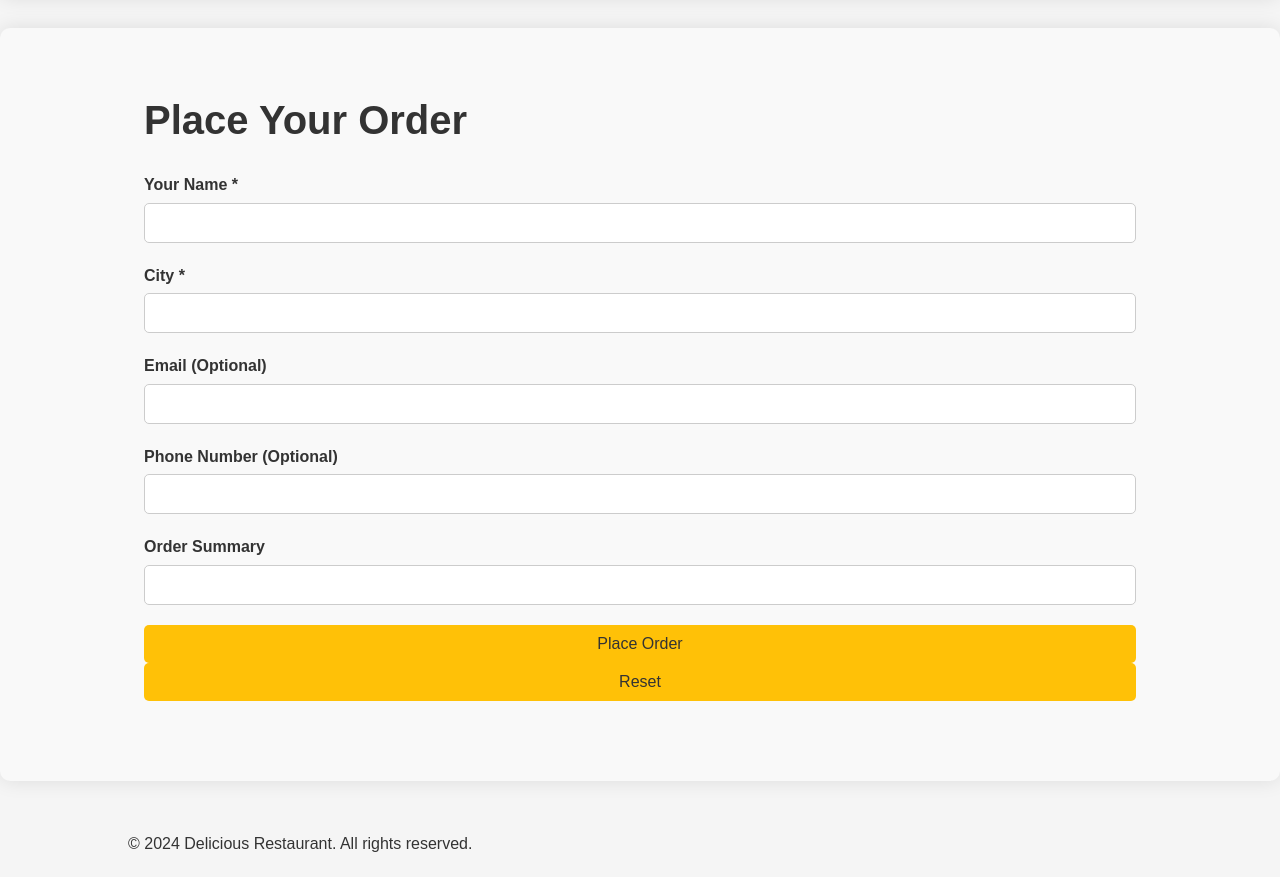
Repository: Mayanksaini1224/eclipse-workspace
Page: Restaurant/src/main/webapp/Menu.html
These files come from the project's save history. The page is drawn as it stood at one moment and after the next save; the edit follows.
The browser window is 1280 px wide. The pictures show the part of the page from y = 2925 to 3877 px (the page is 3802 px tall before and 3877 px after).
A picture or video elsewhere on the page could not be fetched, so the positions and the page height are approximate.

Above is the page before, as saved 2024-06-29 05:16:55.
Console error: TypeError: Cannot read properties of null (reading 'addEventListener')

### Restaurant/src/main/webapp/Menu.html
<!DOCTYPE html>
<html lang="en">
<head>
    <meta charset="UTF-8">
    <meta name="viewport" content="width=device-width, initial-scale=1.0">
    <title>Menu - Delicious Restaurant</title>
    <style>
        /* Reset and base styles */
        * {
            margin: 0;
            padding: 0;
            box-sizing: border-box;
        }

        body {
            font-family: Arial, sans-serif;
            line-height: 1.6;
            background-color: #f5f5f5;
            margin: 0;
            padding: 0;
            color: #333; /* Default text color */
        }

        .container {
            width: 80%;
            margin: 0 auto;
            padding: 20px 0;
        }

        header {
            background-color: #333;
            color: #fff;
            padding: 10px 0;
        }

        header .logo img {
            width: 150px;
            height: auto;
            display: block;
            margin: 0 auto;
        }

        header nav ul {
            list-style-type: none;
            text-align: center;
            margin-top: 10px;
        }

        header nav ul li {
            display: inline-block;
            margin: 0 10px;
        }

        header nav ul li a {
            text-decoration: none;
            color: #fff;
            font-size: 18px;
            transition: color 0.3s ease;
        }

        header nav ul li a:hover {
            color: #ffc107;
        }

        .menu-section {
            background-color: #fff;
            padding: 50px 0;
            text-align: center;
            margin-bottom: 30px;
            box-shadow: 0 0 20px rgba(0, 0, 0, 0.1);
            border-radius: 10px;
        }

        .menu-section h2 {
            font-size: 2.5em;
            margin-bottom: 30px;
            text-transform: uppercase;
            letter-spacing: 1px;
            color: #333;
        }

        .menu-items {
            display: flex;
            justify-content: space-around;
            flex-wrap: wrap;
        }

        .menu-item {
            text-align: center;
            width: 30%;
            margin-bottom: 30px;
            padding: 0 10px;
            border: 1px solid #ddd;
            border-radius: 10px;
            box-shadow: 0 2px 4px rgba(0,0,0,0.1);
            transition: transform 0.3s ease, box-shadow 0.3s ease;
        }

        .menu-item img {
            width: 100%;
            border-top-left-radius: 10px;
            border-top-right-radius: 10px;
        }

        .menu-item-content {
            padding: 15px;
        }

        .menu-item h3 {
            font-size: 1.8em;
            margin-bottom: 10px;
            color: #333;
        }

        .menu-item p {
            font-size: 1.1em;
            color: #666;
        }

        .menu-item:hover {
            transform: translateY(-5px);
            box-shadow: 0 4px 8px rgba(0,0,0,0.2);
        }

        .order-form {
            background-color: #f9f9f9;
            padding: 40px 20px;
            border-radius: 10px;
            box-shadow: 0 0 20px rgba(0, 0, 0, 0.1);
            margin-bottom: 30px;
        }

        .order-form h2 {
            font-size: 2.5em;
            margin-bottom: 20px;
            color: #333;
        }

        .form-group {
            margin-bottom: 20px;
        }

        .form-group label {
            display: block;
            font-weight: bold;
            margin-bottom: 5px;
        }

        .form-group input,
        .form-group select {
            width: 100%;
            padding: 10px;
            font-size: 1em;
            border: 1px solid #ccc;
            border-radius: 5px;
            transition: border-color 0.3s ease;
        }

        .form-group input[type="number"] {
            appearance: none;
            -moz-appearance: textfield;
            text-align: center;
            padding: 8px;
            border: 1px solid #ccc;
            border-radius: 5px;
            width: 60px;
            font-size: 1em;
            transition: border-color 0.3s ease;
        }

        .form-group input[type="number"]::-webkit-outer-spin-button,
        .form-group input[type="number"]::-webkit-inner-spin-button {
            -webkit-appearance: none;
            margin: 0;
        }

        .form-group input:focus,
        .form-group select:focus {
            outline: none;
            border-color: #ffc107;
        }

        .form-group input[type="submit"],
        .form-group input[type="reset"] {
            background-color: #ffc107;
            color: #333;
            border: none;
            cursor: pointer;
            transition: background-color 0.3s ease;
            padding: 10px 20px;
            border-radius: 5px;
            margin-right: 10px;
        }

        .form-group input[type="submit"]:hover,
        .form-group input[type="reset"]:hover {
            background-color: #ffdb70;
        }

        .order-summary {
            margin-top: 30px;
            text-align: left;
        }

        .order-summary h3 {
            font-size: 1.5em;
            margin-bottom: 10px;
            color: #333;
        }

        .order-summary ul {
            list-style-type: none;
            padding: 0;
        }

        .order-summary li {
            font-size: 1.1em;
            margin-bottom: 5px;
        }

        @media (max-width: 768px) {
            .container {
                width: 90%;
            }

            .menu-item {
                width: 100%;
            }
        }
    </style>
    <link rel="stylesheet" href="https://cdnjs.cloudflare.com/ajax/libs/font-awesome/5.15.4/css/all.min.css"> <!-- Font Awesome for icons -->
</head>
<body>
    <header>
        <div class="container">
            <div class="logo">
                <img src="logo.png" alt="Delicious Restaurant">
            </div>
            <nav>
                <ul>
                    <li><a href="index.html">Home</a></li>
                    <li><a href="menu.html">Menu</a></li>
                    <li><a href="about.html">About Us</a></li>
                    <li><a href="contact.html">Contact</a></li>
                </ul>
            </nav>
        </div>
    </header>

    <section class="menu-section" id="chinese">
        <div class="container">
            <h2>Chinese Cuisine</h2>
            <div class="menu-items">
                <div class="menu-item" data-dish="Chinese Dish 1">
                    <img src="chinese-dish1.jpg" alt="Chinese Dish 1">
                    <div class="menu-item-content">
                        <h3>Chinese Dish 1</h3>
                        <p>Description of the Chinese dish. Lorem ipsum dolor sit amet.</p>
                        <div class="quantity">
                            <button class="quantity-btn minus" onclick="decrementQuantity('quantity_chinese1')">-</button>
                            <input type="number" id="quantity_chinese1" name="quantity_chinese1" min="0" value="0">
                            <button class="quantity-btn plus" onclick="incrementQuantity('quantity_chinese1')">+</button>
                        </div>
                    </div>
                </div>
                <div class="menu-item" data-dish="Chinese Dish 2">
                    <img src="chinese-dish2.jpg" alt="Chinese Dish 2">
                    <div class="menu-item-content">
                        <h3>Chinese Dish 2</h3>
                        <p>Description of the Chinese dish. Lorem ipsum dolor sit amet.</p>
                        <div class="quantity">
                            <button class="quantity-btn minus" onclick="decrementQuantity('quantity_chinese2')">-</button>
                            <input type="number" id="quantity_chinese2" name="quantity_chinese2" min="0" value="0">
                            <button class="quantity-btn plus" onclick="incrementQuantity('quantity_chinese2')">+</button>
                        </div>
                    </div>
                </div>
                <!-- Add more Chinese dishes as needed -->
            </div>
        </div>
    </section>

    <section class="menu-section" id="italian">
        <div class="container">
            <h2>Italian Cuisine</h2>
            <div class="menu-items">
                <div class="menu-item" data-dish="Italian Dish 1">
                    <img src="italian-dish1.jpg" alt="Italian Dish 1">
                    <div class="menu-item-content">
                        <h3>Italian Dish 1</h3>
                        <p>Description of the Italian dish. Lorem ipsum dolor sit amet.</p>
                        <div class="quantity">
                            <button class="quantity-btn minus" onclick="decrementQuantity('quantity_italian1')">-</button>
                            <input type="number" id="quantity_italian1" name="quantity_italian1" min="0" value="0">
                            <button class="quantity-btn plus" onclick="incrementQuantity('quantity_italian1')">+</button>
                        </div>
                    </div>
                </div>
                <div class="menu-item" data-dish="Italian Dish 2">
                    <img src="italian-dish2.jpg" alt="Italian Dish 2">
                    <div class="menu-item-content">
                        <h3>Italian Dish 2</h3>
                        <p>Description of the Italian dish. Lorem ipsum dolor sit amet.</p>
                        <div class="quantity">
                            <button class="quantity-btn minus" onclick="decrementQuantity('quantity_italian2')">-</button>
                            <input type="number" id="quantity_italian2" name="quantity_italian2" min="0" value="0">
                            <button class="quantity-btn plus" onclick="incrementQuantity('quantity_italian2')">+</button>
                        </div>
                    </div>
                </div>
                <!-- Add more Italian dishes as needed -->
            </div>
        </div>
    </section>

    <section class="menu-section" id="beverages">
        <div class="container">
            <h2>Beverages</h2>
            <div class="menu-items">
                <div class="menu-item" data-dish="Beverage 1">
                    <img src="beverage1.jpg" alt="Beverage 1">
                    <div class="menu-item-content">
                        <h3>Beverage 1</h3>
                        <p>Description of the beverage. Lorem ipsum dolor sit amet.</p>
                        <div class="quantity">
                            <button class="quantity-btn minus" onclick="decrementQuantity('quantity_beverage1')">-</button>
                            <input type="number" id="quantity_beverage1" name="quantity_beverage1" min="0" value="0">
                            <button class="quantity-btn plus" onclick="incrementQuantity('quantity_beverage1')">+</button>
                        </div>
                    </div>
                </div>
                <div class="menu-item" data-dish="Beverage 2">
                    <img src="beverage2.jpg" alt="Beverage 2">
                    <div class="menu-item-content">
                        <h3>Beverage 2</h3>
                        <p>Description of the beverage. Lorem ipsum dolor sit amet.</p>
                        <div class="quantity">
                            <button class="quantity-btn minus" onclick="decrementQuantity('quantity_beverage2')">-</button>
                            <input type="number" id="quantity_beverage2" name="quantity_beverage2" min="0" value="0">
                            <button class="quantity-btn plus" onclick="incrementQuantity('quantity_beverage2')">+</button>
                        </div>
                    </div>
                </div>
                <!-- Add more beverages as needed -->
            </div>
        </div>
    </section>

    <section class="menu-section" id="bakery">
        <div class="container">
            <h2>Bakery</h2>
            <div class="menu-items">
                <div class="menu-item" data-dish="Bakery Item 1">
                    <img src="bakery-item1.jpg" alt="Bakery Item 1">
                    <div class="menu-item-content">
                        <h3>Bakery Item 1</h3>
                        <p>Description of the bakery item. Lorem ipsum dolor sit amet.</p>
                        <div class="quantity">
                            <button class="quantity-btn minus" onclick="decrementQuantity('quantity_bakery1')">-</button>
                            <input type="number" id="quantity_bakery1" name="quantity_bakery1" min="0" value="0">
                            <button class="quantity-btn plus" onclick="incrementQuantity('quantity_bakery1')">+</button>
                        </div>
                    </div>
                </div>
                <div class="menu-item" data-dish="Bakery Item 2">
                    <img src="bakery-item2.jpg" alt="Bakery Item 2">
                    <div class="menu-item-content">
                        <h3>Bakery Item 2</h3>
                        <p>Description of the bakery item. Lorem ipsum dolor sit amet.</p>
                        <div class="quantity">
                            <button class="quantity-btn minus" onclick="decrementQuantity('quantity_bakery2')">-</button>
                            <input type="number" id="quantity_bakery2" name="quantity_bakery2" min="0" value="0">
                            <button class="quantity-btn plus" onclick="incrementQuantity('quantity_bakery2')">+</button>
                        </div>
                    </div>
                </div>
                <!-- Add more bakery items as needed -->
            </div>
        </div>
    </section>

    <section class="order-form">
        <div class="container">
            <h2>Place Your Order</h2>
            <form id="orderForm" action="submitform" method="POST">
                <div class="form-group">
                    <label for="name">Your Name *</label>
                    <input type="text" id="name" name="name" required>
                </div>
                <div class="form-group">
                    <label for="city">City *</label>
                    <input type="text" id="city" name="city" required>
                </div>
                <div class="form-group">
                    <label for="email">Email (Optional)</label>
                    <input type="email" id="email" name="email">
                </div>
                <div class="form-group">
                    <label for="phone">Phone Number (Optional)</label>
                    <input type="tel" id="phone" name="phone">
                </div>
                <div class="form-group">
                    <label for="orderSummary">Order Summary</label>
                    <input type="text" id="orderSummary" name="orderSummary" readonly>
                    <ul id="orderSummary"></ul>
                </div>
                <div class="form-group">
                    <input type="submit" value="Place Order">
                    <input type="reset" value="Reset">
                </div>
            </form>
        </div>
    </section>

    <footer>
        <div class="container">
            <p>&copy; 2024 Delicious Restaurant. All rights reserved.</p>
        </div>
    </footer>

    <script>
        document.getElementById('ordersummary').addEventListener('DOMContentLoaded', function() {
            const form = document.getElementById('orderForm');
            const orderSummary = document.getElementById('orderSummary');

            form.addEventListener('submit', function(event) {
                event.preventDefault(); // Prevent form submission for demo purposes

                // Clear previous order summary
                orderSummary.innerHTML = '';

                // Get customer details
                const name = document.getElementById('name').value;
                const city = document.getElementById('city').value;
                const email = document.getElementById('email').value;
                const phone = document.getElementById('phone').value;

                // Display customer details
                orderSummary.innerHTML += `<li><strong>Name:</strong> ${name}</li>`;
                orderSummary.innerHTML += `<li><strong>City:</strong> ${city}</li>`;
                if (email) {
                    orderSummary.innerHTML += `<li><strong>Email:</strong> ${email}</li>`;
                }
                if (phone) {
                    orderSummary.innerHTML += `<li><strong>Phone:</strong> ${phone}</li>`;
                }

                // Get selected dishes and quantities
                const dishes = document.querySelectorAll('.menu-item');
                dishes.forEach(dish => {
                    const dishName = dish.getAttribute('data-dish');
                    const quantityInput = dish.querySelector('input[type="number"]');
                    const quantity = parseInt(quantityInput.value);

                    if (quantity > 0) {
                        orderSummary.innerHTML += `<li><strong>${dishName}:</strong> ${quantity}</li>`;
                    }
                });

                // Optionally, submit the form to a server
                document.getElementById('ordersummary').value=ordersummary;
                form.submit();
            });

        });

        function incrementQuantity(inputId) {
            const input = document.getElementById(inputId);
            input.value = parseInt(input.value) + 1;
        }

        function decrementQuantity(inputId) {
            const input = document.getElementById(inputId);
            const value = parseInt(input.value) - 1;
            input.value = Math.max(0, value); // Ensure quantity doesn't go below zero
        }
    </script>
</body>
</html>

After the next save:
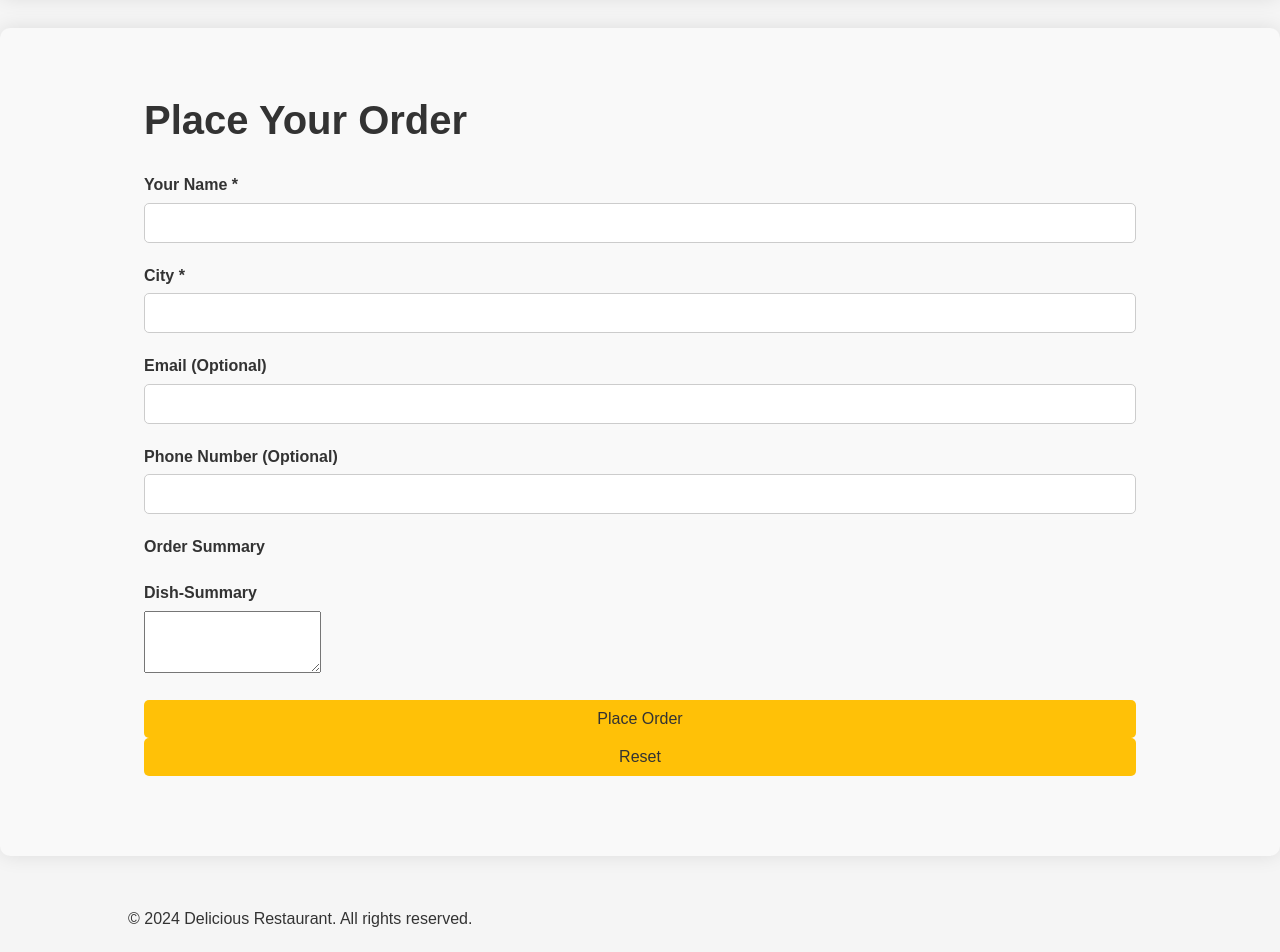
The error is gone.
Saved 36 min 2 s later.
--- a/Restaurant/src/main/webapp/Menu.html
+++ b/Restaurant/src/main/webapp/Menu.html
@@ -382,7 +382,7 @@
     <section class="order-form">
         <div class="container">
             <h2>Place Your Order</h2>
-            <form id="orderForm" action="submitform" method="POST">
+            <form id="orderForm" action="submit_order.php" method="POST">
                 <div class="form-group">
                     <label for="name">Your Name *</label>
                     <input type="text" id="name" name="name" required>
@@ -401,9 +401,15 @@
                 </div>
                 <div class="form-group">
                     <label for="orderSummary">Order Summary</label>
-                    <input type="text" id="orderSummary" name="orderSummary" readonly>
                     <ul id="orderSummary"></ul>
                 </div>
+
+		<div class="form-group">
+    <label for="orderSummary">Dish-Summary</label>
+    <ul id="orderSummary"></ul>
+    <textarea id="orderSummaryText" name="orderSummaryText" rows="4" readonly></textarea>
+</div>
+
                 <div class="form-group">
                     <input type="submit" value="Place Order">
                     <input type="reset" value="Reset">
@@ -419,52 +425,66 @@
     </footer>
 
     <script>
-        document.getElementById('ordersummary').addEventListener('DOMContentLoaded', function() {
-            const form = document.getElementById('orderForm');
-            const orderSummary = document.getElementById('orderSummary');
-
-            form.addEventListener('submit', function(event) {
-                event.preventDefault(); // Prevent form submission for demo purposes
-
-                // Clear previous order summary
-                orderSummary.innerHTML = '';
-
-                // Get customer details
-                const name = document.getElementById('name').value;
-                const city = document.getElementById('city').value;
-                const email = document.getElementById('email').value;
-                const phone = document.getElementById('phone').value;
-
-                // Display customer details
-                orderSummary.innerHTML += `<li><strong>Name:</strong> ${name}</li>`;
-                orderSummary.innerHTML += `<li><strong>City:</strong> ${city}</li>`;
-                if (email) {
-                    orderSummary.innerHTML += `<li><strong>Email:</strong> ${email}</li>`;
-                }
-                if (phone) {
-                    orderSummary.innerHTML += `<li><strong>Phone:</strong> ${phone}</li>`;
-                }
-
-                // Get selected dishes and quantities
-                const dishes = document.querySelectorAll('.menu-item');
-                dishes.forEach(dish => {
-                    const dishName = dish.getAttribute('data-dish');
-                    const quantityInput = dish.querySelector('input[type="number"]');
-                    const quantity = parseInt(quantityInput.value);
-
-                    if (quantity > 0) {
-                        orderSummary.innerHTML += `<li><strong>${dishName}:</strong> ${quantity}</li>`;
-                    }
-                });
-
-                // Optionally, submit the form to a server
-                document.getElementById('ordersummary').value=ordersummary;
-                form.submit();
-            });
-
+        document.addEventListener('DOMContentLoaded', function() {
+    const form = document.getElementById('orderForm');
+    const orderSummary = document.getElementById('orderSummary');
+    const orderSummaryText = document.getElementById('orderSummaryText'); // Added
+
+    form.addEventListener('submit', function(event) {
+        event.preventDefault(); // Prevent form submission for demo purposes
+
+        // Clear previous order summary
+        orderSummary.innerHTML = '';
+
+        // Get customer details
+        const name = document.getElementById('name').value;
+        const city = document.getElementById('city').value;
+        const email = document.getElementById('email').value;
+        const phone = document.getElementById('phone').value;
+
+        // Display customer details
+        orderSummary.innerHTML += `<li><strong>Name:</strong> ${name}</li>`;
+        orderSummary.innerHTML += `<li><strong>City:</strong> ${city}</li>`;
+        if (email) {
+            orderSummary.innerHTML += `<li><strong>Email:</strong> ${email}</li>`;
+        }
+        if (phone) {
+            orderSummary.innerHTML += `<li><strong>Phone:</strong> ${phone}</li>`;
+        }
+
+        // Initialize order summary text
+        let summaryText = `Order Summary\n`;
+        summaryText += `Name: ${name}\n`;
+        summaryText += `City: ${city}\n`;
+        if (email) {
+            summaryText += `Email: ${email}\n`;
+        }
+        if (phone) {
+            summaryText += `Phone: ${phone}\n`;
+        }
+
+        // Get selected dishes and quantities
+        const dishes = document.querySelectorAll('.menu-item');
+        dishes.forEach(dish => {
+            const dishName = dish.getAttribute('data-dish');
+            const quantityInput = dish.querySelector('input[type="number"]');
+            const quantity = parseInt(quantityInput.value);
+
+            if (quantity > 0) {
+                orderSummary.innerHTML += `<li><strong>${dishName}:</strong> ${quantity}</li>`;
+                summaryText += `${dishName}: ${quantity}\n`;
+            }
         });
 
-        function incrementQuantity(inputId) {
+        // Update the textarea with order summary text
+        orderSummaryText.value = summaryText;
+
+        // Optionally, submit the form to a server
+        form.submit();
+    });
+});
+
+function incrementQuantity(inputId) {
             const input = document.getElementById(inputId);
             input.value = parseInt(input.value) + 1;
         }
@@ -474,6 +494,7 @@
             const value = parseInt(input.value) - 1;
             input.value = Math.max(0, value); // Ensure quantity doesn't go below zero
         }
+
     </script>
 </body>
 </html>
